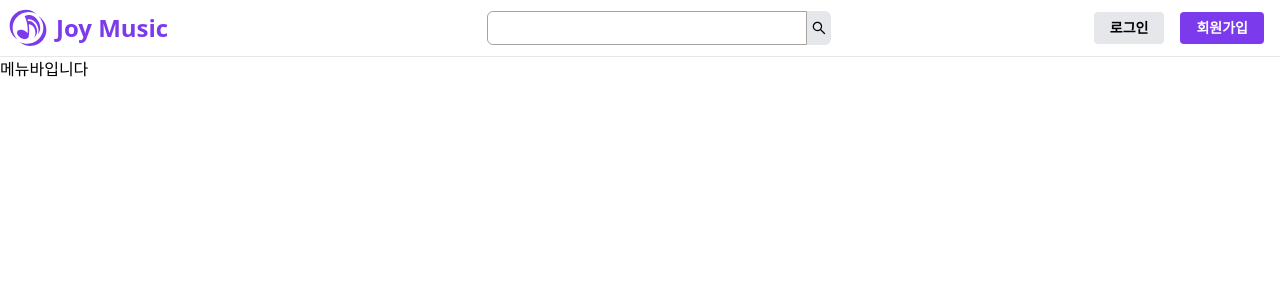
Repository: momo0170/joy-music
Page: /
The author's editor kept a copy of each file at every save. The page is drawn from the files as they stood at one save, then again after the next save.
The browser window is 1280 px wide. The pictures show the whole page.
The project was rebuilt for these pictures with package versions that can differ from the ones it lists, and the page was loaded fresh each time. Also part of the build but not shown: src/App.css.

Above is the page before, as saved 2023-09-25 13:44:51.

### public/index.html
<!DOCTYPE html>
<html lang="en">
  <head>
    <meta charset="utf-8" />
    <link rel="icon" href="%PUBLIC_URL%/favicon.ico" />
    <meta name="viewport" content="width=device-width, initial-scale=1" />
    <meta name="theme-color" content="#000000" />
    <meta
      name="description"
      content="Web site created using create-react-app"
    />
    <link rel="apple-touch-icon" href="%PUBLIC_URL%/logo192.png" />
    <!-- <link rel="manifest" href="%PUBLIC_URL%/manifest.json" /> -->

    <title>Joy Music</title>
  </head>
  <body>
    <div id="root"></div>
  </body>
</html>

### src/index.js
import React from 'react';
import ReactDOM from 'react-dom/client';
import './index.css';
import App from './App';
import { RouterProvider, createBrowserRouter } from 'react-router-dom';
import Home from './router/Home';

const router = createBrowserRouter([
  {
    path: '/',
    element: <App />,
    children: [
      {
        index: true,
        element: <Home />,
      },
    ],
  },
]);

const root = ReactDOM.createRoot(document.getElementById('root'));
root.render(
  <RouterProvider router={router}>
    <App />
  </RouterProvider>
);

### src/App.js
import './App.css';
import Header from './components/Header';
import Menubar from './components/Menubar';

function App() {
  return (
    <>
      <Header />
      <div>
        <Menubar />
      </div>
    </>
  );
}

export default App;

### src/components/Header.jsx
import React from 'react';
import { GiMusicSpell } from 'react-icons/gi';
import { AiOutlineSearch } from 'react-icons/ai';
import { Link } from 'react-router-dom';

export default function Header() {
  return (
    <header className="flex justify-between p-2 border-b h-13 items-center">
      <Link to="/" className="flex items-center">
        <GiMusicSpell
          size="40"
          color="#7c3aed"
          className="hover:animate-spin"
        />
        <div className="text-violet-600 text-2xl ml-2 font-bold">Joy Music</div>
      </Link>

      <form className="flex transform translate-x-8">
        <input
          type="text"
          className="rounded-l-md border border-stone-400 p-1 px-2 focus:shadow-inner2 outline-none focus:border-violet-600 placeholder:text-sm hover:shadow-hoverInput hover:border-hoverInput w-80"
        />
        <button className="bg-gray-200 p-1 rounded-r-md box-border hover:bg-gray-300">
          <AiOutlineSearch />
        </button>
      </form>
      <div className="flex">
        <button className="bg-gray-200 mx-2 px-4 py-1.5 rounded text-sm font-semibold hover:bg-gray-300">
          로그인
        </button>
        <button className="bg-violet-600 text-white mx-2 px-4 py-1.5 rounded text-sm font-semibold hover:bg-violet-700">
          회원가입
        </button>
      </div>
    </header>
  );
}

### src/components/Menubar.jsx
import React from 'react';

export default function Menubar() {
  return <aside>메뉴바입니다</aside>;
}

### tailwind.config.js
/** @type {import('tailwindcss').Config} */
module.exports = {
  content: ['./src/**/*.{js,jsx,ts,tsx}'],
  theme: {
    extend: {
      borderWidth: {
        1.5: '1.5px',
      },
      boxShadow: {
        inner2: '0 0 0 1.5px #7c3aed inset',
        hoverInput: '0 0 0 1px #ABABAB inset',
      },
      borderColor: {
        hoverInput: '#ABABAB',
      },
    },
  },
  plugins: [],
};

### src/router/Home.jsx
import React from 'react';

export default function Home() {
  return <div>홈입니다.</div>;
}

Loaded but not shown: src/index.css (common file)

After the next save:
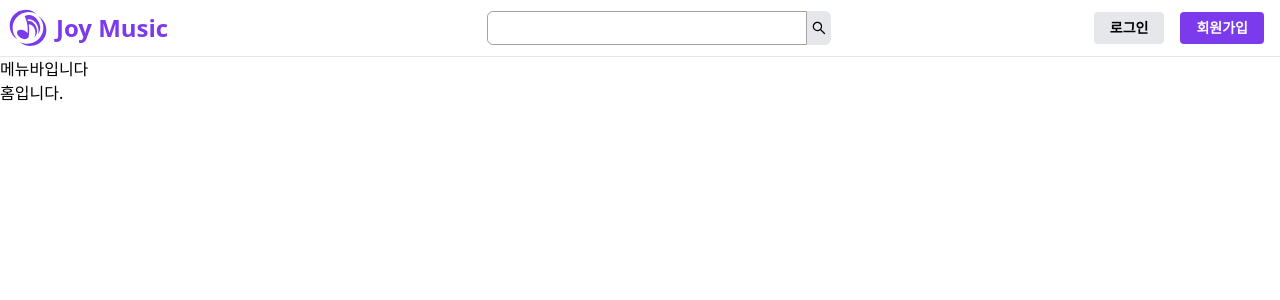
Saved 63 s later.
--- a/src/App.js
+++ b/src/App.js
@@ -1,3 +1,4 @@
+import { Outlet } from 'react-router-dom';
 import './App.css';
 import Header from './components/Header';
 import Menubar from './components/Menubar';
@@ -8,6 +9,7 @@ function App() {
       <Header />
       <div>
         <Menubar />
+        <Outlet />
       </div>
     </>
   );
